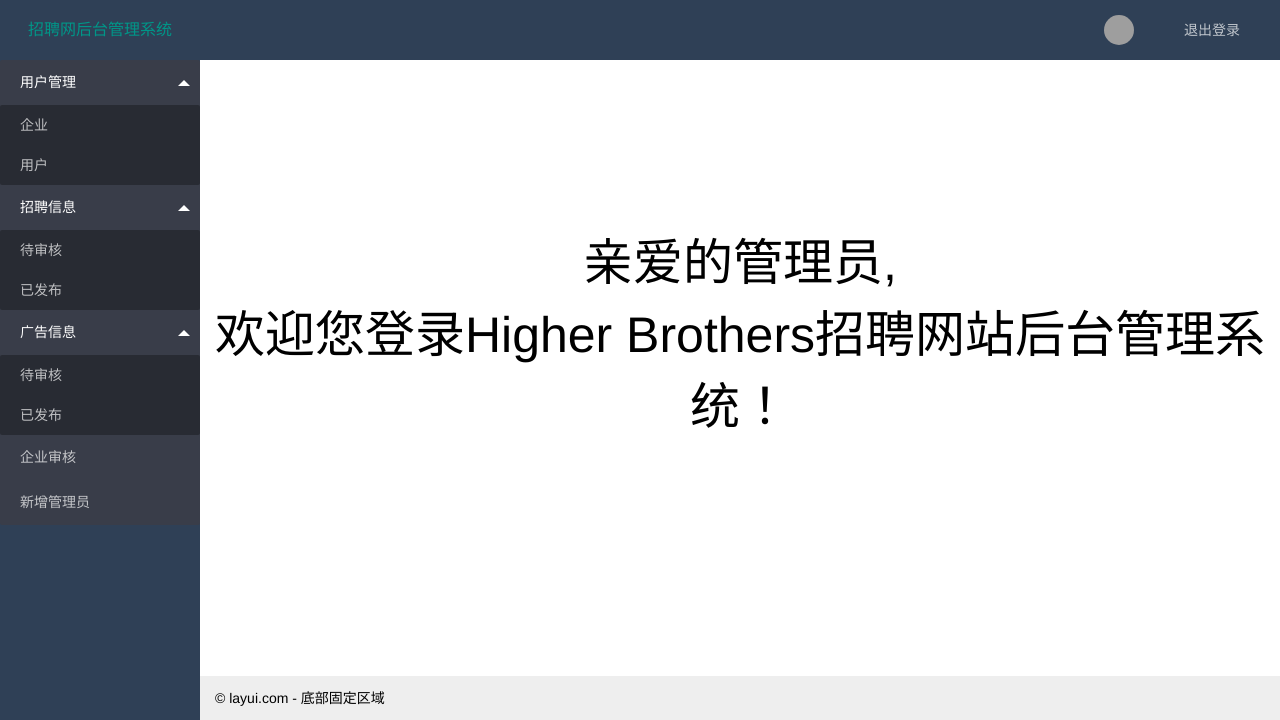
Repository: LongJinhe-coder/java-web-
Page: http://localhost/projectDemo7.30/adminhome.jsp
An editor plug-in stored every save of this project. The page is shown before and after the next save, followed by the edit.
The browser window is 1280 px wide. The pictures show the whole page.
Pictures or frames that could not be fetched are drawn as grey boxes. The page is served by Tomcat 9. Other server files are loaded and not shown.

Above is the page before, as saved 2020-07-30 04:20:48.

### MyEclipse CI/projectDemo7.30/WebRoot/adminhome.jsp
<%@ page language="java" import="java.util.*" pageEncoding="UTF-8"%>
<%@ page import="com.etc.entity.*" %>
<%
String path = request.getContextPath();
String basePath = request.getScheme()+"://"+request.getServerName()+":"+request.getServerPort()+path+"/";
%>

<!DOCTYPE html HTML PUBLIC "-//W3C//DTD HTML 4.01 Transitional//EN">
<html>
<head>
  <meta charset="utf-8">
  <meta name="viewport" content="width=device-width, initial-scale=1, maximum-scale=1">
  <title>招聘网后台管理</title>
  <link rel="stylesheet" href="layui/css/layui.css">
</head>


<body class="layui-layout-body">
<%
	String loadPageUrl = "index.jsp";
	String adminName = (String)request.getAttribute("adminname");
  if(session.getAttribute("url")!=null){
  loadPageUrl = (String)session.getAttribute("url");
  }
  //if(loadPageUrl.equals("jobSeekers.jsp")){//根据loadPageUrl不同给不同界面传递不同的list
  // List<User> list = (List<User>)request.getAttribute("userlist");
  //}
	PageData pagedata = (PageData)request.getAttribute("pagedata");
  	System.out.println("adminhome-pagedata="+pagedata);
  	String adminname = (String)session.getAttribute("adminname");
 %>
<div class="layui-layout layui-layout-admin">
  <div class="layui-header layui-bg-cyan">
    <div class="layui-logo">招聘网后台管理系统</div>
    <!-- 头部区域（可配合layui已有的水平导航） -->

    <ul class="layui-nav layui-layout-right ">
      <li class="layui-nav-item layui-bg-cyan">
        <a href="javascript:;">
          <img src="http://t.cn/RCzsdCq" class="layui-nav-img">
           ${adminname}
        </a>
      </li>
      <li class="layui-nav-item"><a href="login.jsp">退出登录</a></li>
    </ul>
  </div>

  <div class="layui-side  layui-bg-cyan">
    <div class="layui-side-scroll">
      <!-- 左侧导航区域（可配合layui已有的垂直导航） -->
      <ul class="layui-nav layui-nav-tree"  lay-filter="test">
        <li class="layui-nav-item layui-nav-itemed">
          <a class="" href="javascript:">用户管理</a>
          <dl class="layui-nav-child">
            <dd><a href="javascript:getFirm('firmAccount.jsp');">企业</a></dd>
            <dd><a href="javascript:getUser('userAccount.jsp');">用户</a></dd>
          </dl>
        </li>
        <li class="layui-nav-item layui-nav-itemed">
          <a href="javascript:">招聘信息</a>
          <dl class="layui-nav-child">
            <dd><a href="javascript:checkRecruitment('checkRecruitment.jsp','未审核');">待审核</a></dd>
            <dd><a href="javascript:checkRecruitment('publishedRecruitment.jsp','已发布');">已发布</a></dd>
          </dl>
        </li>
        <li class="layui-nav-item layui-nav-itemed">
          <a href="javascript:;">广告信息</a>
          <dl class="layui-nav-child">
            <dd><a href="javascript:changeUrl('displayFirmResume.jsp');">待审核</a></dd>
            <dd><a href="javascript:;">已发布</a></dd>
          </dl>
        </li>
        <li class="layui-nav-item"><a href="javascript:getFirm('checkFirmRegister.jsp');">企业审核</a></li>
        <li class="layui-nav-item"><a href="javascript:changeUrl('addAdmin.jsp')">新增管理员</a></li>
      </ul>

    </div>
  </div>

  <div class="layui-body">
    <!-- 内容主体区域 -->
 <div style="margin-top: 20px">
 <jsp:include page="<%=loadPageUrl %>" flush="true">
 <jsp:param value="${pagedata}" name="pagedata"/>
 <jsp:param value="${adminname}" name="adminname"/>
 </jsp:include>
 </div>

  </div>

  <div class="layui-footer">
    <!-- 底部固定区域 -->
    © layui.com - 底部固定区域
  </div>
</div>
<script src="layui/layui.js"></script>
<script type="text/javascript">
//JavaScript代码区域
layui.use('element', function(){
  var element = layui.element;

});

function changeUrl(name){

console.log("name=",name);
	location.href="ChangeUrlServlet?url="+name+"";

}
function getUser(url){
	location.href="UserServlet?option=queryByPage&url="+url+"";
}

function getFirm(url){
	location.href="FirmServlet?option=queryByPage&url="+url+"";
}

function checkRecruitment(url,checkStatus){
	location.href="RecruitmentInfo?option=queryByPageAdmin&url="+url+"&checkStatus="+checkStatus+"";
}

</script>
</body>
</html>

### MyEclipse CI/projectDemo7.30/WebRoot/index.jsp
<%@ page language="java" import="java.util.*" pageEncoding="UTF-8"%>
<%
String path = request.getContextPath();
String basePath = request.getScheme()+"://"+request.getServerName()+":"+request.getServerPort()+path+"/";
%>

<!DOCTYPE HTML PUBLIC "-//W3C//DTD HTML 4.01 Transitional//EN">
<html>
  <head>
  <meta charset="utf-8">
  <title>Layui</title>
  <meta name="renderer" content="webkit">
  <meta http-equiv="X-UA-Compatible" content="IE=edge,chrome=1">
  <meta name="viewport" content="width=device-width, initial-scale=1, maximum-scale=1">
  <link rel="stylesheet" href="layui/css/layui.css"  media="all">
  <!-- 注意：如果你直接复制所有代码到本地，上述css路径需要改成你本地的 -->
</head>

  <body>

<div style="font-size: 50px;margin-top: 15%;text-align: center;">亲爱的管理员<font size="30px" color="green">${adminname}</font>,</br>欢迎您登录Higher Brothers招聘网站后台管理系统！</div>
  </body>

</html>

Loaded but not shown: MyEclipse CI/projectDemo7.30/WebRoot/layui/css/layui.css (library); MyEclipse CI/projectDemo7.30/WebRoot/layui/layui.js (library); MyEclipse CI/projectDemo7.30/WebRoot/layui/lay/modules/element.js (library); MyEclipse CI/projectDemo7.30/WebRoot/layui/lay/modules/jquery.js (library)

After the next save:
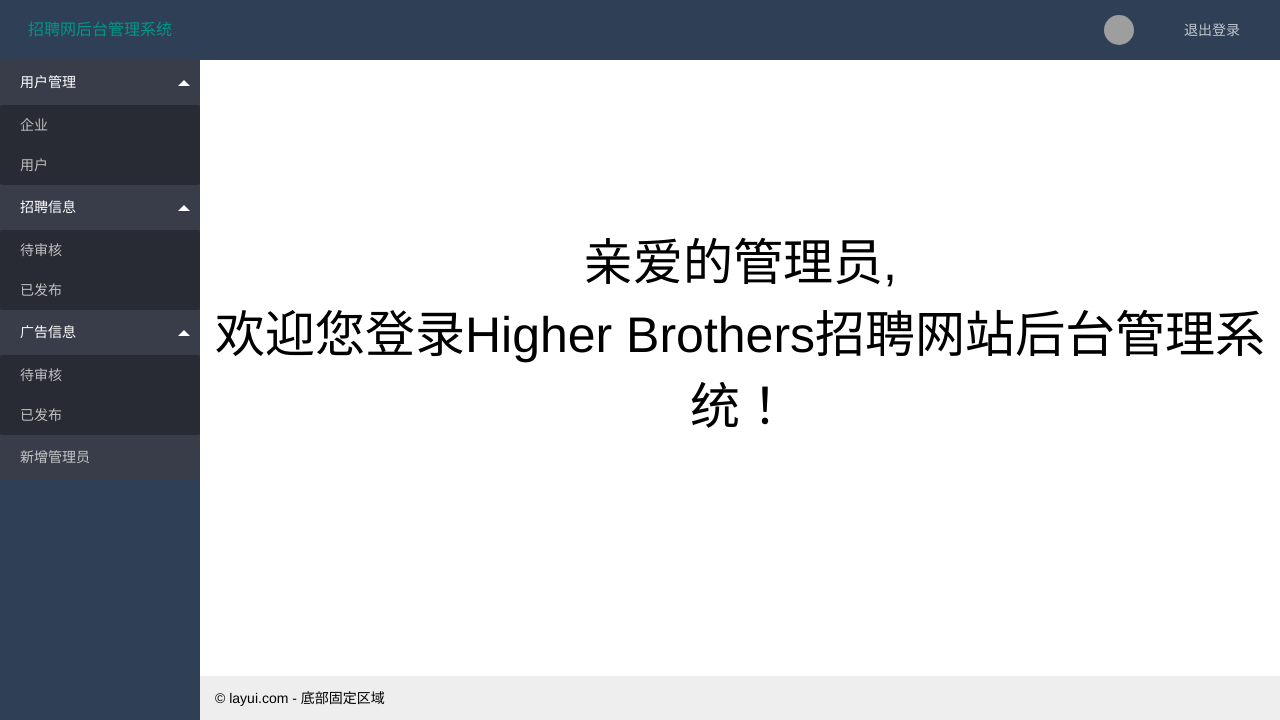
Saved 2 h 7 min later.
--- a/MyEclipse CI/projectDemo7.30/WebRoot/adminhome.jsp
+++ b/MyEclipse CI/projectDemo7.30/WebRoot/adminhome.jsp
@@ -70,7 +70,7 @@
             <dd><a href="javascript:;">已发布</a></dd>
           </dl>
         </li>
-        <li class="layui-nav-item"><a href="javascript:getFirm('checkFirmRegister.jsp');">企业审核</a></li>
+
         <li class="layui-nav-item"><a href="javascript:changeUrl('addAdmin.jsp')">新增管理员</a></li>
       </ul>
 
